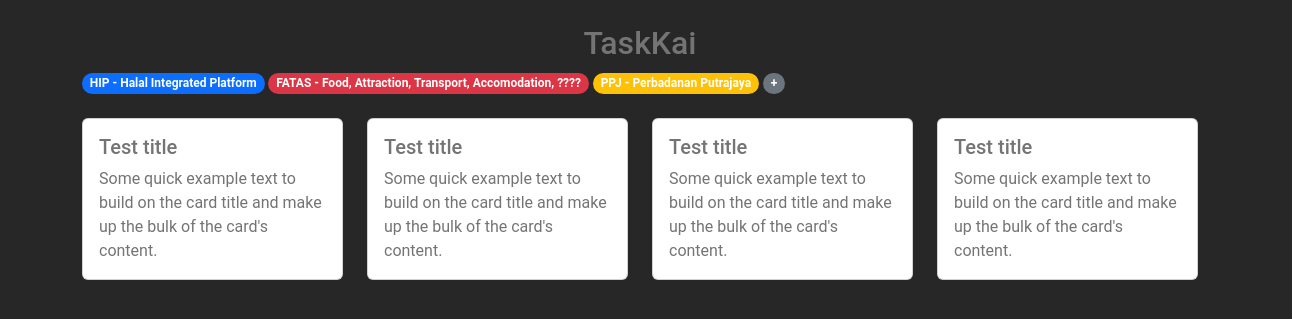
Repository: faizhakimi99/TaskKai
Page: src/views/index.html
These files come from the project's save history. The page is drawn as it stood at one moment and after the next save; the edit follows.
The browser window is 1280 px wide. The page is 1280 px wide, then 1292 px, so the pictures cover 1292 px, including what lies to the right of the window. The pictures show the whole page.

Above is the page before, as saved 2025-01-27 12:39:33.

After the next save:
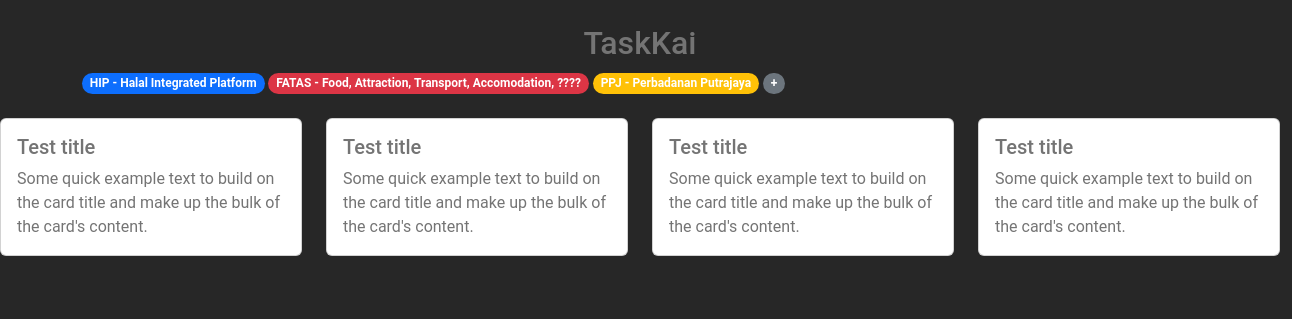
Saved 2 min 55 s later.
--- a/src/views/index.html
+++ b/src/views/index.html
@@ -30,7 +30,7 @@
         </div>
     </div>
 
-    <div id="kanban-project" class="container mt-4">
+    <div id="kanban-project" class="mt-4">
         <div class="row">
             <div class="col-lg-3">
                 <div class="card h-100">
